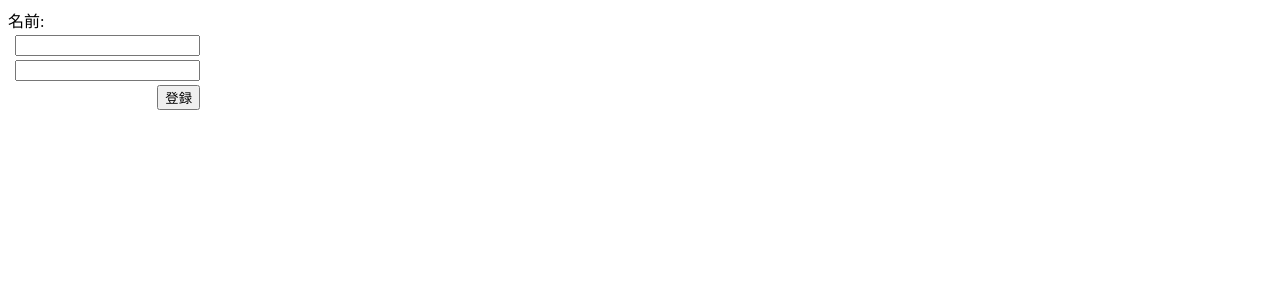
Repository: my720/test
Page: http://localhost/login2/
The author's editor kept a copy of each file at every save. The page is drawn from the files as they stood at one save, then again after the next save.
The browser window is 1280 px wide. The pictures show the whole page.
The page is served by Tomcat 9. Other server files are loaded and not shown.

Above is the page before, as saved 2019-04-22 04:34:11.

### Java/login2/WebContent/login.jsp
<%@ page language="java" contentType="text/html; charset=UTF-8"
    pageEncoding="UTF-8"%>
<%@ taglib prefix="s" uri="/struts-tags" %>
<!DOCTYPE html PUBLIC "-//W3C//DTD HTML 4.01 Transitional//EN" "http://www.w3.org/TR/html4/loose.dtd">
<html>
<head>
 <meta http-equiv="Content-Type" content="text/html; charset=UTF-8">
 <title>Login画面</title>
</head>
<body>
 <s:form action="LoginAction">
  名前:<s:textfield name="name"/>
  <s:password name="password"/>
  <s:submit value="登録"/>
 </s:form>
</body>
</html>

After the next save:
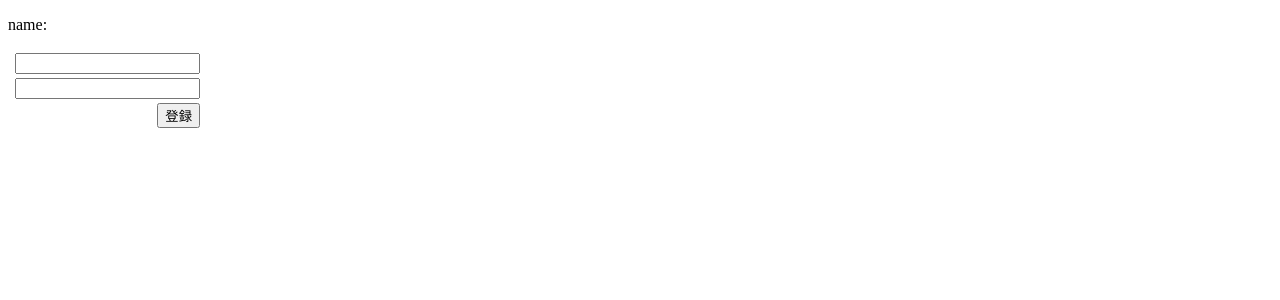
Saved 25 s later.
--- a/Java/login2/WebContent/login.jsp
+++ b/Java/login2/WebContent/login.jsp
@@ -9,7 +9,7 @@
 </head>
 <body>
  <s:form action="LoginAction">
-  名前:<s:textfield name="name"/>
+  <p>name:</p><s:textfield name="name"/>
   <s:password name="password"/>
   <s:submit value="登録"/>
  </s:form>
